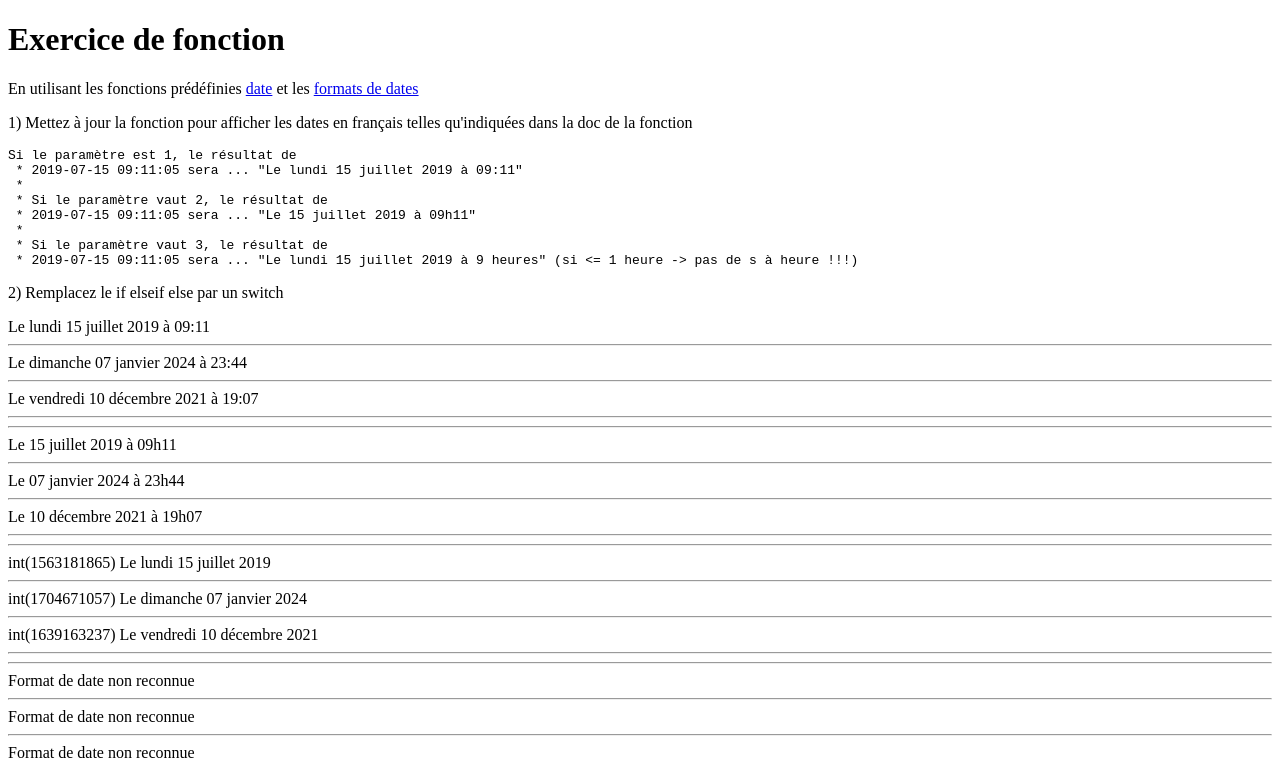
Repository: WebDevCF2m2021/base-php-2021
Page: http://localhost/20-dates-en-francais.php
The author's editor kept a copy of each file at every save. The page is drawn from the files as they stood at one save, then again after the next save.
The browser window is 1280 px wide. The pictures show the whole page.
The page is run by PHP 8.4 with error messages shown; the project is at /var/www/html/.

Above is the page before, as saved 2021-09-20 18:28:20.

After the next save:
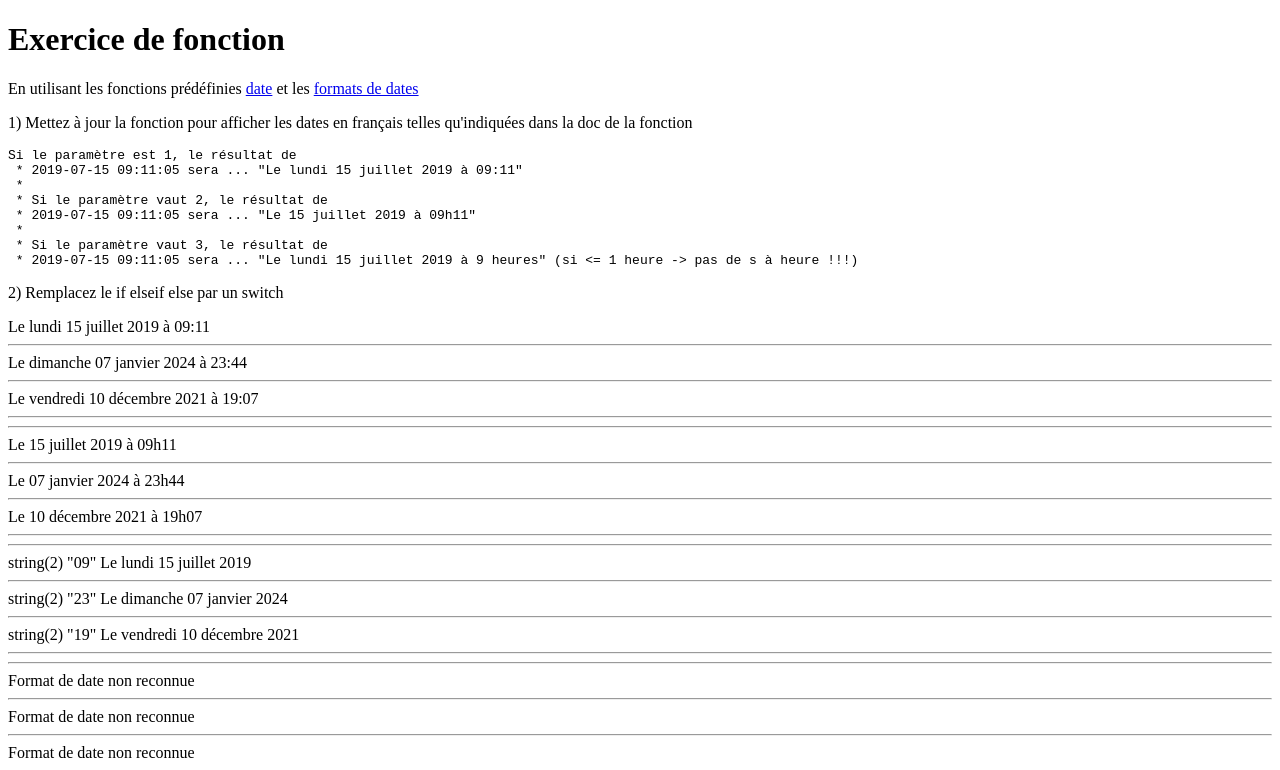
Saved 24 s later.
--- a/20-dates-en-francais.php
+++ b/20-dates-en-francais.php
@@ -48,7 +48,7 @@ function frenchDate($date,$format=1){
         .date("d",$date)." " // chiffre du jour
         .$moisTab[date("n",$date)]." " // mois en français
         .date("Y",$date); // année / heures / minutes
-        var_dump($date);
+        var_dump(date("H",$date));
 /*         if(date("Y",$date)){}else{} */
     }else{
          return "Format de date non reconnue";
